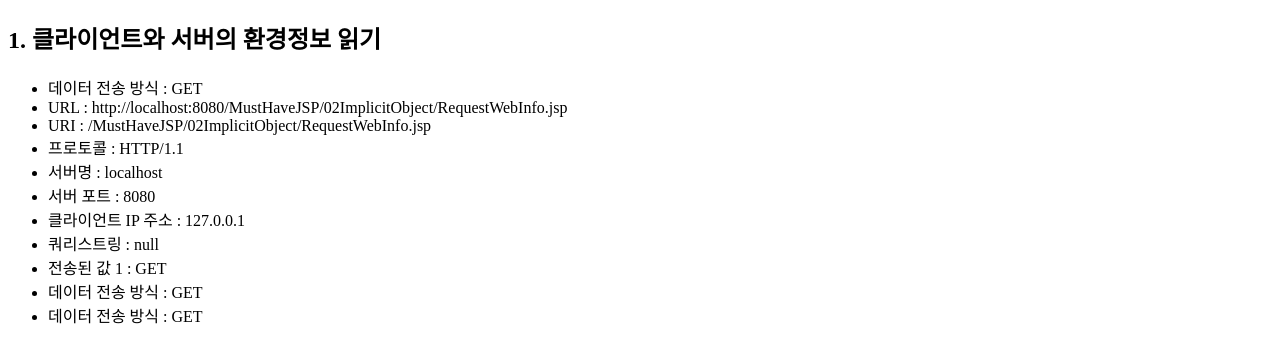
Repository: iamstudybox00/JSP_Servlet
Page: http://localhost/MustHaveJSP/02ImplicitObject/RequestWebInfo.jsp
These files come from the project's save history. The page is drawn as it stood at one moment and after a run of saves; the edit follows.
The browser window is 1280 px wide. The pictures show the whole page.
The page is served by Tomcat 10. Other server files are loaded and not shown.

Above is the page before, as saved 2025-05-02 06:01:12.

### MustHaveJSP/src/main/webapp/02ImplicitObject/RequestWebInfo.jsp
<%@ page language="java" contentType="text/html; charset=UTF-8"
    pageEncoding="UTF-8"%>
<!DOCTYPE html>
<html>
	<head>
	<title>내장 객체 - request</title>
	</head>
	<body>
		<h2>1. 클라이언트와 서버의 환경정보 읽기</h2>
		<ul>
			<li>데이터 전송 방식 : <%= request.getMethod() %></li>
			<li>URL : <%= request.getRequestURL() %></li>
			<li>URI : <%= request.getRequestURI() %></li>
			<li>프로토콜 : <%= request.getProtocol() %></li>
			<li>서버명 : <%= request.getServerName() %></li>
			<li>서버 포트 : <%= request.getServerPort() %></li>
			<li>클라이언트 IP 주소 : <%= request.getRemoteAddr() %></li>
			<li>쿼리스트링 : <%= request.getQueryString() %></li>
			<li>전송된 값 1 : <%= request.getMethod() %></li>
			<li>데이터 전송 방식 : <%= request.getMethod() %></li>
			<li>데이터 전송 방식 : <%= request.getMethod() %></li>
		</ul>
	</body>
</html>

After the next 3 saves:
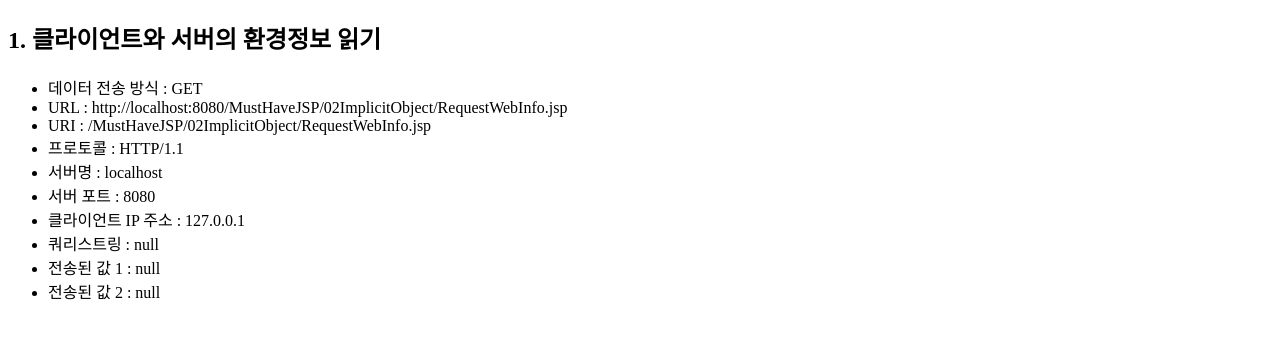
The 3 saves are shown as one change because they came seconds apart.
The last was saved 19 s later.
--- a/MustHaveJSP/src/main/webapp/02ImplicitObject/RequestWebInfo.jsp
+++ b/MustHaveJSP/src/main/webapp/02ImplicitObject/RequestWebInfo.jsp
@@ -16,9 +16,8 @@
 			<li>서버 포트 : <%= request.getServerPort() %></li>
 			<li>클라이언트 IP 주소 : <%= request.getRemoteAddr() %></li>
 			<li>쿼리스트링 : <%= request.getQueryString() %></li>
-			<li>전송된 값 1 : <%= request.getMethod() %></li>
-			<li>데이터 전송 방식 : <%= request.getMethod() %></li>
-			<li>데이터 전송 방식 : <%= request.getMethod() %></li>
+			<li>전송된 값 1 : <%= request.getParameter("eng") %></li>
+			<li>전송된 값 2 : <%= request.getParameter("han") %></li>
 		</ul>
 	</body>
 </html>
